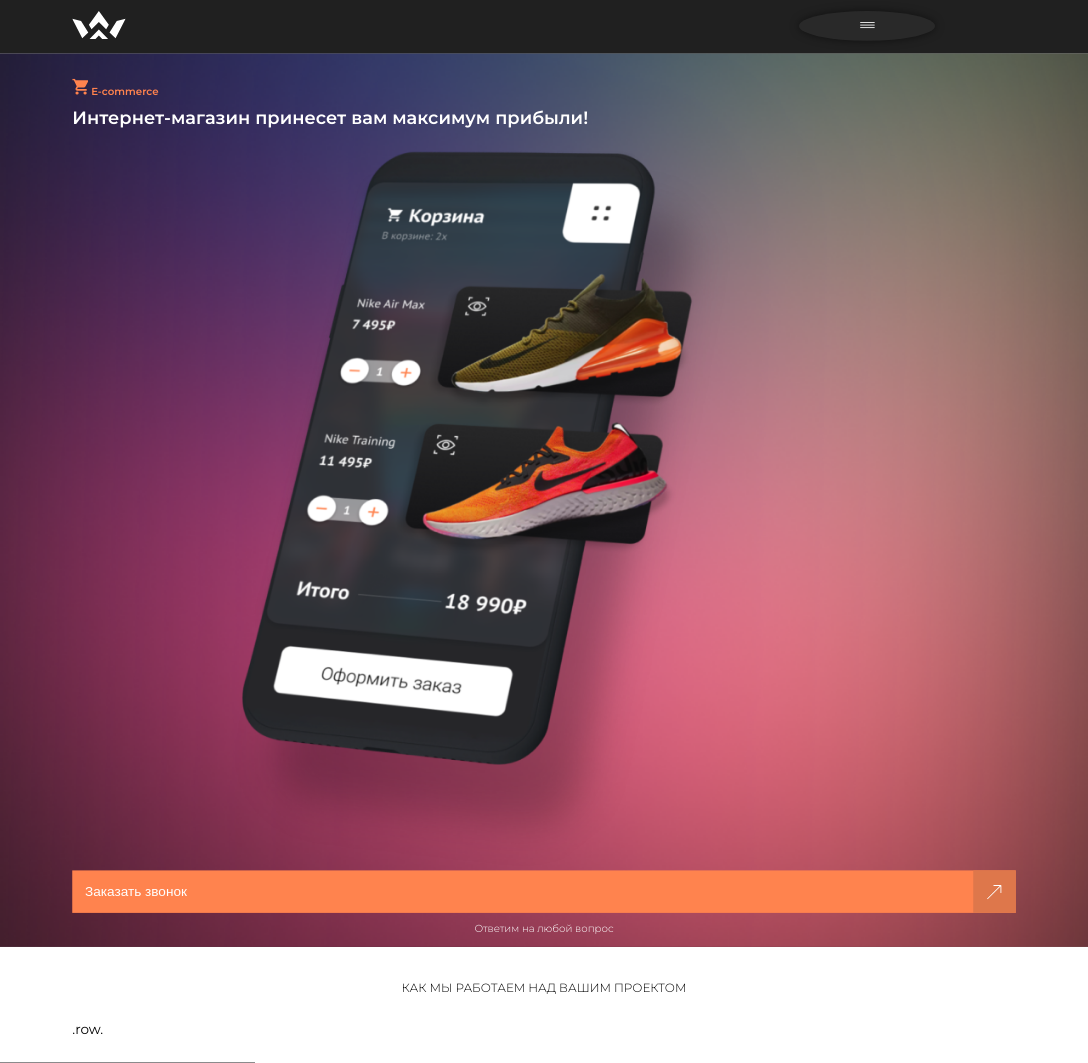
Repository: Gabi0605/my-tests
Page: web_alternative/index.html
An editor plug-in stored every save of this project. The page is shown before and after a run of saves, followed by the edit.
The browser window is 1280 px wide. The pictures show the whole page, at 85% of full size.
The style sheet was rebuilt from its Sass, Less or Tailwind sources for each picture, by a compiler version that may differ from the author's.

Above is the page before, as saved 2020-01-19 20:10:31.

After the next 2 saves:
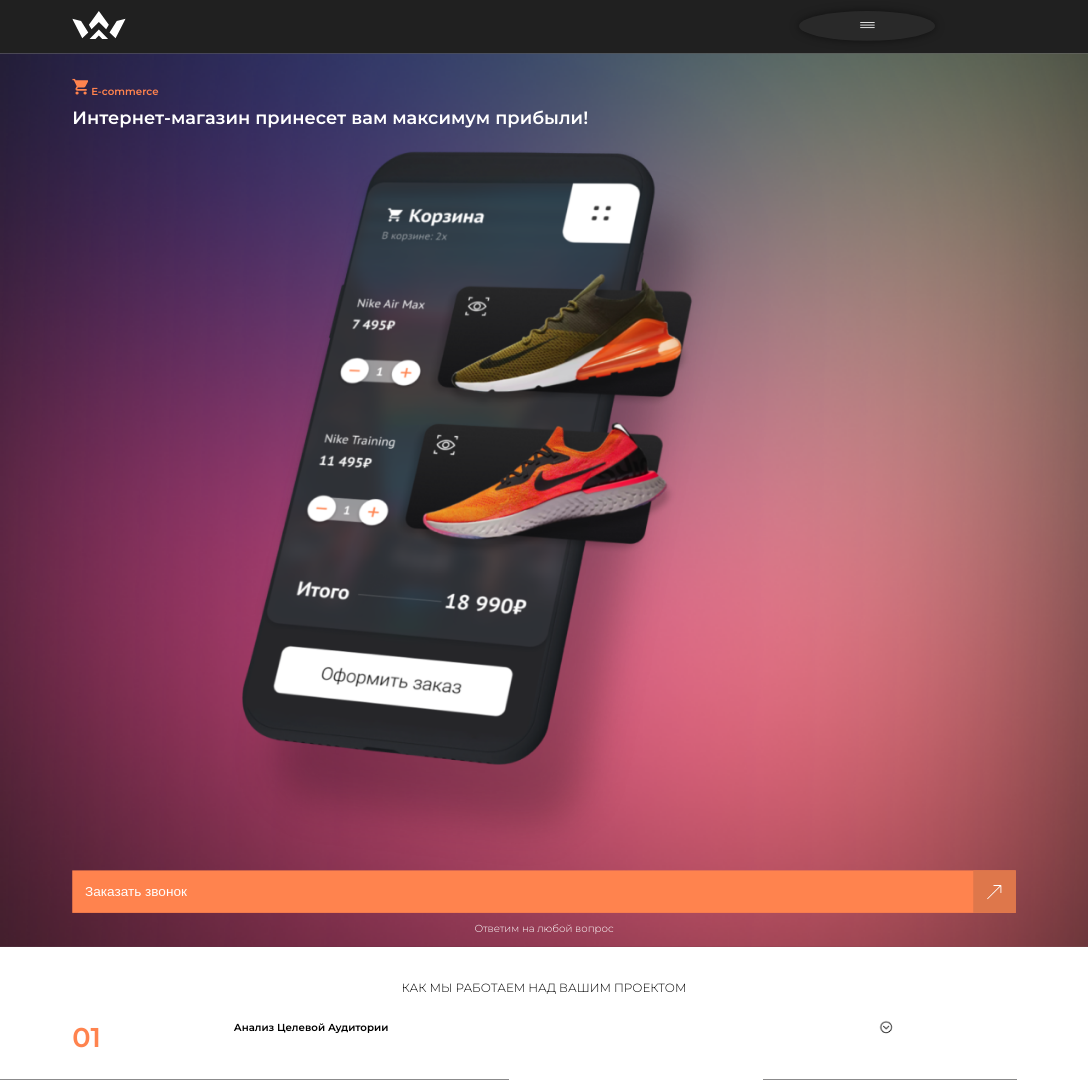
The 2 saves are shown as one change because they came seconds apart.
The last was saved 17 s later.
--- a/web_alternative/index.html
+++ b/web_alternative/index.html
@@ -54,7 +54,13 @@
                     <h2>Как мы работаем над вашим проектом</h2>
                 </div>
             </div>
-            .row.
+            <div class="row items">
+                <div class="col-2 number">01</div>
+                <div class="col-8">
+                    <p>Анализ целевой аудитории</p>
+                </div>
+                <div class="col-2 btn-down"><img src="img/arrow-down.png" alt=""></div>
+            </div>
         </div>
     </div>
 </body>
